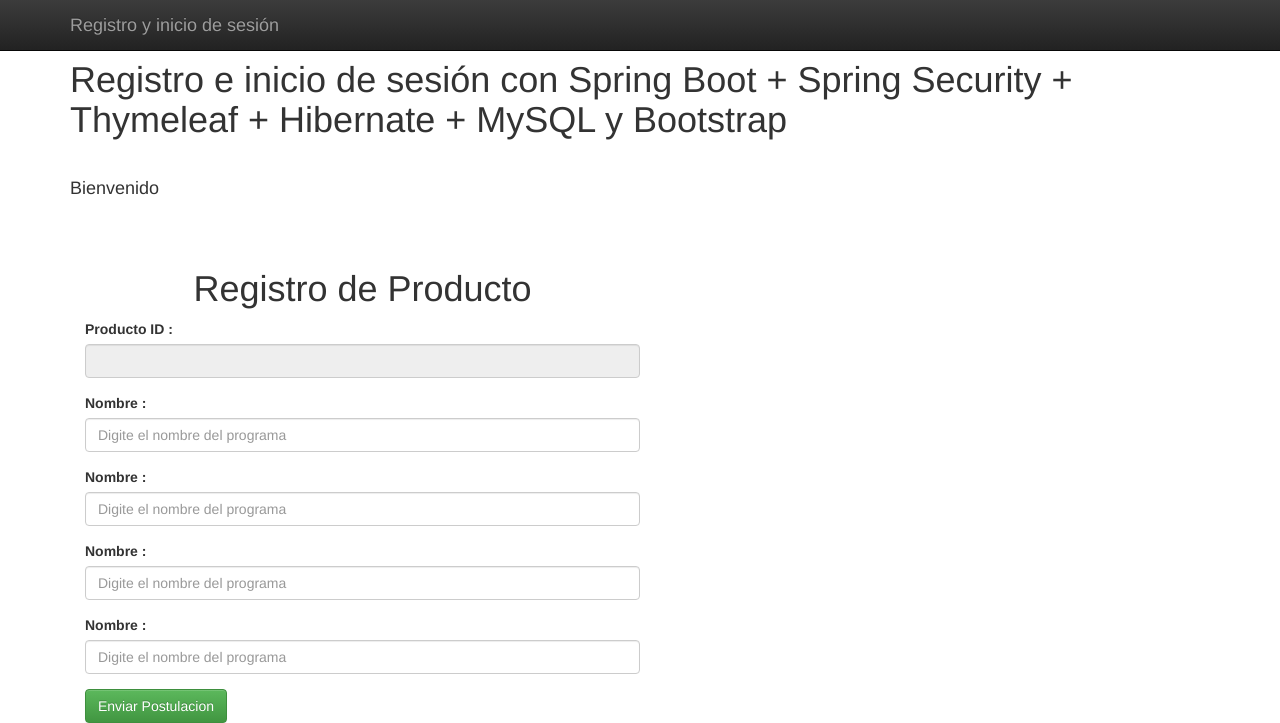
Repository: AndresBR2003/Proyecto-Integrador
Page: http://localhost/nuevo_form
The author's editor kept a copy of each file at every save. The page is drawn from the files as they stood at one save, then again after the next save.
The browser window is 1280 px wide. The pictures show the whole page.
The page is this project's Thymeleaf template; nobody is signed in. The template is opened directly, without the code that normally fills it, so the values that code supplies are empty.

Above is the page before, as saved 2023-10-16 06:18:50.
Console error (its wording comes from the project's code and is left out).

### UnidosPorUnPerúMejor/src/main/resources/templates/nuevo_form.html
<!DOCTYPE html>
<html xmlns:th="http://www.thymeleaf.org"
	xmlns:sec="http://www.thymeleaf.org/thymeleaf-extras-springsecurity3">
<head>

<meta charset="utf-8">
<title>Edicion de Programas</title>
<!-- Latest compiled and minified CSS -->
<link rel="stylesheet"
	href="https://maxcdn.bootstrapcdn.com/bootstrap/3.3.7/css/bootstrap.min.css"
	integrity="sha384-BVYiiSIFeK1dGmJRAkycuHAHRg32OmUcww7on3RYdg4Va+PmSTsz/K68vbdEjh4u"
	crossorigin="anonymous">

<!-- Optional theme -->
<link rel="stylesheet"
	href="https://maxcdn.bootstrapcdn.com/bootstrap/3.3.7/css/bootstrap-theme.min.css"
	integrity="sha384-rHyoN1iRsVXV4nD0JutlnGaslCJuC7uwjduW9SVrLvRYooPp2bWYgmgJQIXwl/Sp"
	crossorigin="anonymous">
</head>
<body>


	<nav class="navbar navbar-inverse navbar-fixed-top">
		<div class="container">
			<div class="navbar-header">
				<button type="button" class="navbar-toggle collapsed"
					data-toggle="collapse" data-target="#navbar" aria-expanded="false"
					aria-controls="navbar">
					<span class="sr-only">Toggle navigation</span> <span
						class="icon-bar"></span> <span class="icon-bar"></span> <span
						class="icon-bar"></span>
				</button>
				<a class="navbar-brand" th:href="@{/programas}">Registro y
					inicio de sesión</a>
			</div>
			<div id="navbar" class="collapse navbar-collapse">
				<ul class="nav navbar-nav">
					<li sec:authorize="isAuthenticated()"><a th:href="@{/logout}">Cerrar
							sesión</a></li>
				</ul>
			</div>
		</div>
	</nav>

	<br>
	<br>

	<div class="container">
		<h1>Registro e inicio de sesión con Spring Boot + Spring Security
			+ Thymeleaf + Hibernate + MySQL y Bootstrap</h1>
		<br>
		<h4>
			Bienvenido <span sec:authentication="principal.username"></span>
		</h4>

		<br> <br>

		<div class="container">
		<div class="row">
			<div class="col-lg-6 col-md-6 col-sm-6 container justify-content-center card">
				<h1 class="text-center">Registro de Producto</h1>
				<div class="carf-body">
					<form th:action="@{/guardar}" th:object="${formulario}" method="post">

						<div class="form-group">
							<label>Producto ID : </label>
							<input type="text" name="nombre" th:field="*{idForm}" class="form-control" readonly="readonly">
						</div>

						<div class="form-group">
							<label>Nombre : </label>
							<input type="text" name="cvForm" th:field="*{cvForm}" class="form-control" placeholder="Digite el nombre del programa" required>
						</div>
						<div class="form-group">
							<label>Nombre : </label>
							<input type="text" name="cartaForm" th:field="*{cartaForm}" class="form-control" placeholder="Digite el nombre del programa" required>
						</div>
						<div class="form-group">
							<label>Nombre : </label>
							<input type="text" name="antecedentesForm" th:field="*{antecedentesForm}" class="form-control" placeholder="Digite el nombre del programa" required>
						</div>
						<div class="form-group">
							<label>Nombre : </label>
							<input type="text" name="copiaDNI_CEForm" th:field="*{copiaDNI_CEForm}" class="form-control" placeholder="Digite el nombre del programa" required>
						</div>
						<div>
							<button class="btn btn-success">Enviar Postulacion</button>
						</div>

					</form>
				</div>
			</div>
		</div>
		</div>
	</div>



	<!-- Latest compiled and minified JavaScript -->
	<script
		src="https://maxcdn.bootstrapcdn.com/bootstrap/3.3.7/js/bootstrap.min.js"
		integrity="sha384-Tc5IQib027qvyjSMfHjOMaLkfuWVxZxUPnCJA7l2mCWNIpG9mGCD8wGNIcPD7Txa"
		crossorigin="anonymous"></script>
</body>
</html>

After the next save:
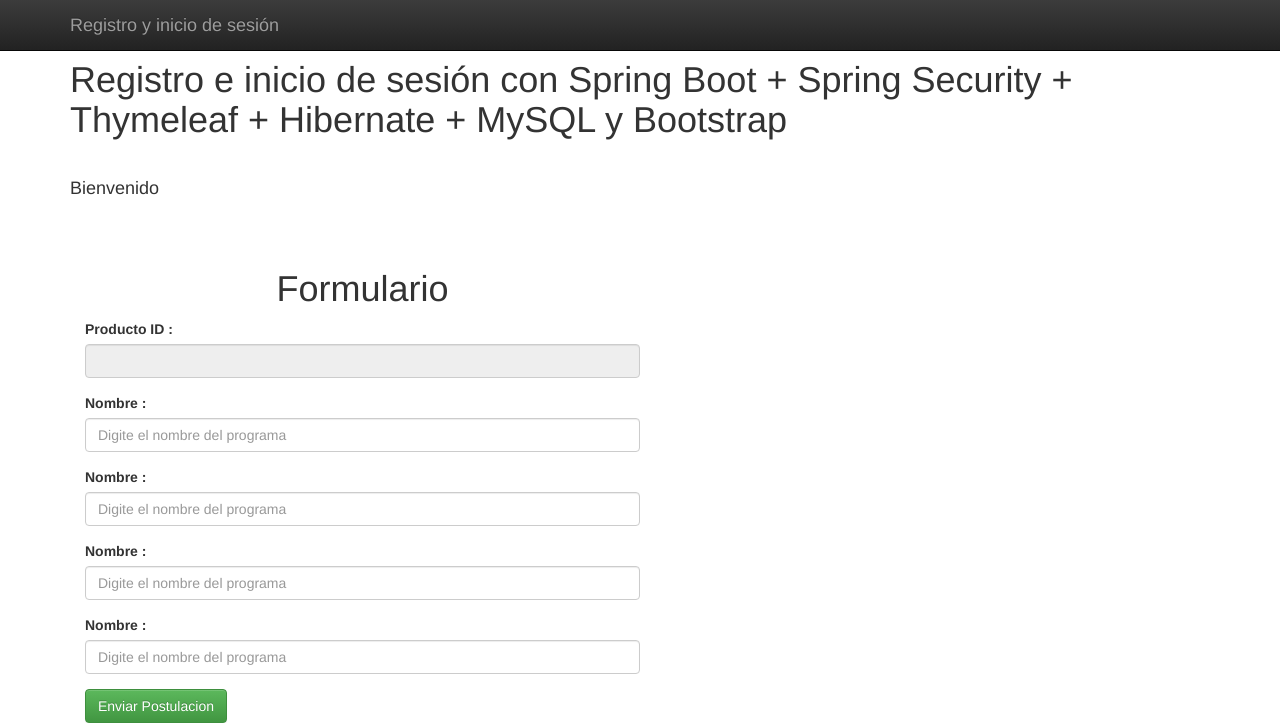
Saved 2 min 23 s later.
--- a/UnidosPorUnPerúMejor/src/main/resources/templates/nuevo_form.html
+++ b/UnidosPorUnPerúMejor/src/main/resources/templates/nuevo_form.html
@@ -58,7 +58,7 @@
 		<div class="container">
 		<div class="row">
 			<div class="col-lg-6 col-md-6 col-sm-6 container justify-content-center card">
-				<h1 class="text-center">Registro de Producto</h1>
+				<h1 class="text-center">Formulario</h1>
 				<div class="carf-body">
 					<form th:action="@{/guardar}" th:object="${formulario}" method="post">
 
